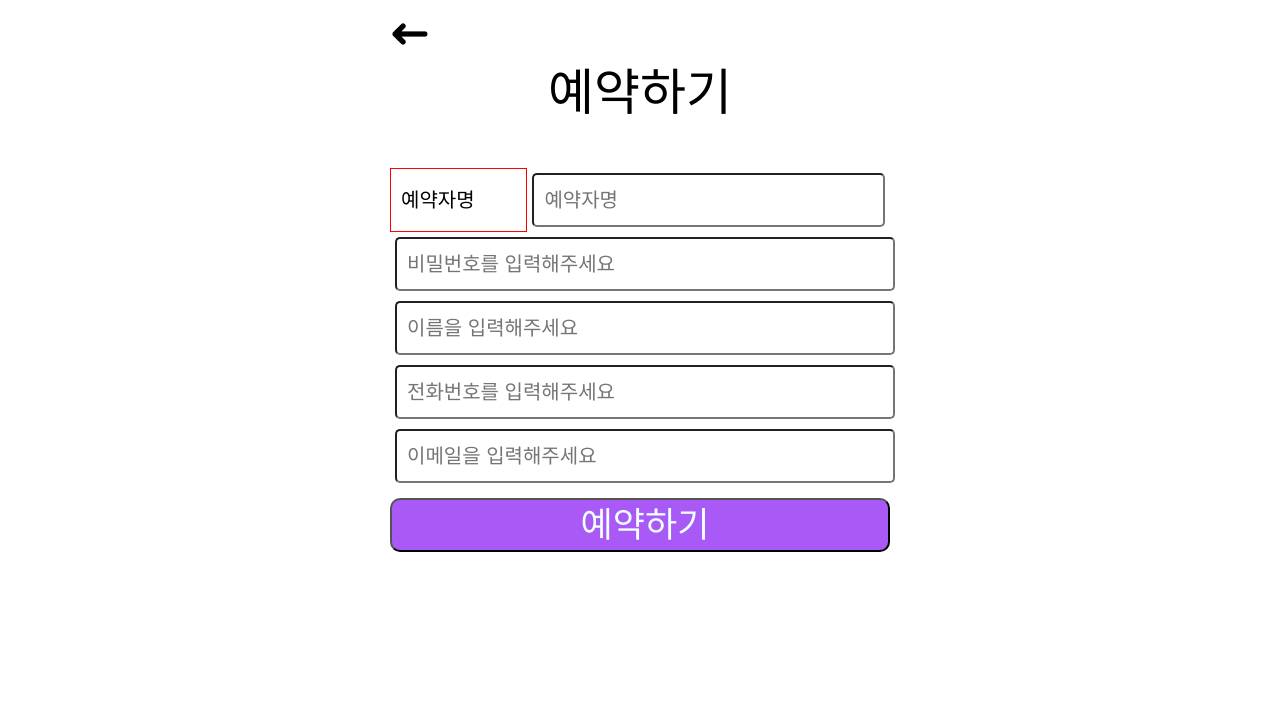
Repository: jaehunjeong4103/WebProject
Page: http://localhost/Web/view/reservation/reservation
The author's editor kept a copy of each file at every save. The page is drawn from the files as they stood at one save, then again after the next save.
The browser window is 1280 px wide. The pictures show the whole page.
Some web fonts or font styles are not loaded; a fallback is used. The page is served by Tomcat 9.

Above is the page before, as saved 2023-06-06 01:24:06.

After the next save:
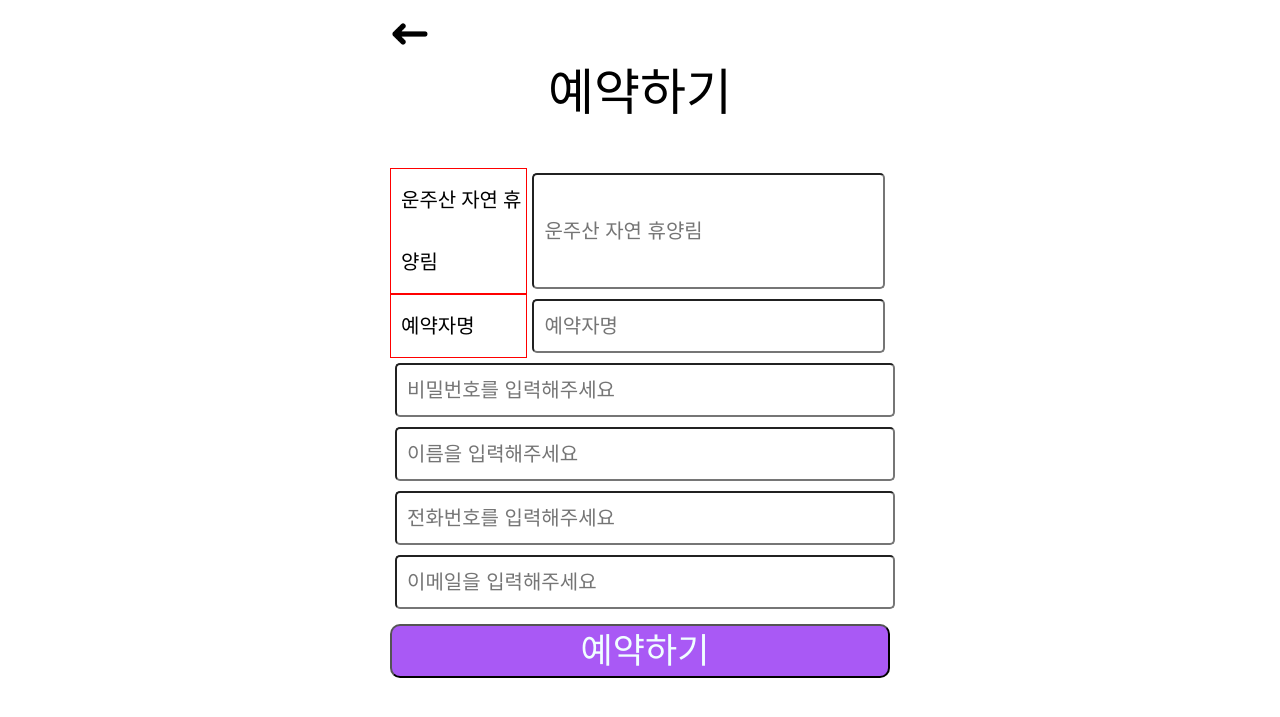
Saved 2 min 32 s later.
--- a/Web/src/main/webapp/WEB-INF/view/reservation/reservation.jsp
+++ b/Web/src/main/webapp/WEB-INF/view/reservation/reservation.jsp
@@ -21,6 +21,10 @@
 		<form action="reservation" method="post">
 			<section>
 				<div class="input">
+					<span>운주산 자연 휴양림</span>
+					<input type="text" placeholder="운주산 자연 휴양림" class="input_text id" name="ID" value="${chkId}" readonly>
+				</div>
+				<div class="input">
 					<span>예약자명</span>
 					<input type="text" placeholder="예약자명" class="input_text id" name="ID" value="${chkId}" readonly>
 				</div>
